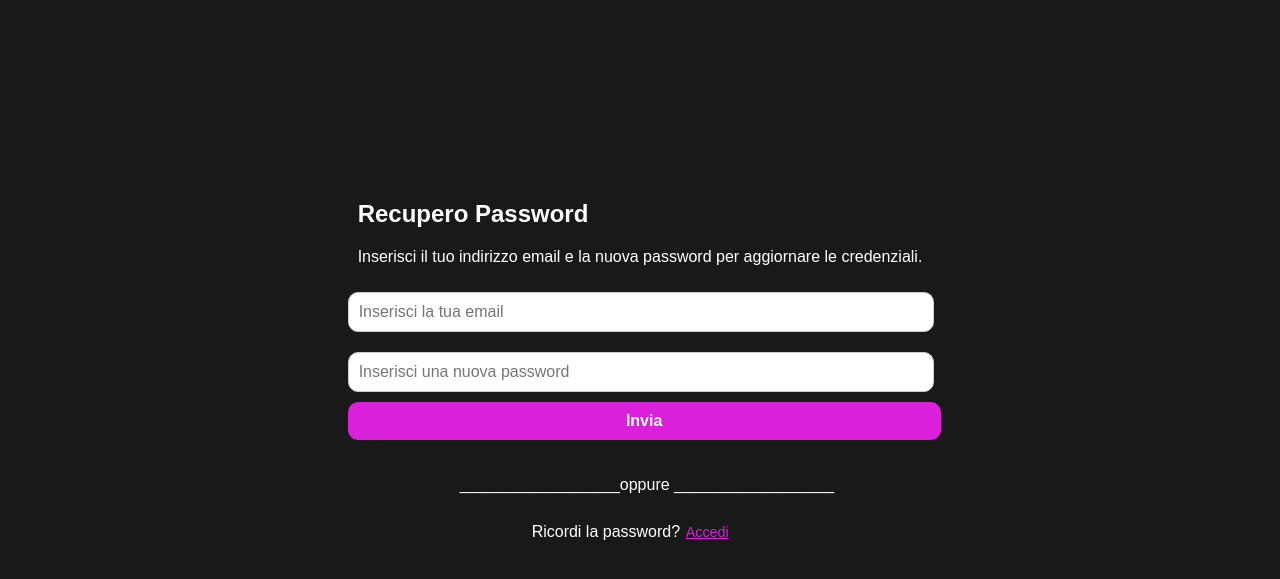
Repository: maxdl98/AppAuto
Page: http://localhost/RecuperoPassword
An editor plug-in stored every save of this project. The page is shown before and after the next save, followed by the edit.
The browser window is 1280 px wide. The pictures show the whole page.
The pointer rests on the first visible `.form a`.
The page is this project's Thymeleaf template; nobody is signed in. The template is opened directly, without the code that normally fills it, so the values that code supplies are empty.

Above is the page before, as saved 2025-01-13 08:32:54.

### AutoApp/src/main/resources/templates/RecuperoPassword.html
<!DOCTYPE html>
<html lang="en">

<head>
    <meta charset="UTF-8">
    <meta name="viewport" content="width=device-width, initial-scale=1.0">
    <title>Recupero Password</title>
    <style>
        /* Stile generale */
        body {
            background-color: rgba(0, 0, 0, 0.9);
            display: flex;
            justify-content: center;
            align-items: center;
            height: 100vh;
            margin: 0;
            font-family: Arial, sans-serif;
            color: white;
        }

        .form h2 {
            margin-bottom: 20px;
            color: white;
        }

        .form input[type="email"],
        .form input[type="password"] {
            width: 100%;
            padding: 10px;
            margin: 10px 0;
            border: 1px solid #ccc;
            border-radius: 10px;
            font-size: 1rem;
            position: relative;
            right: 10px;
        }

        .form button {
            width: 105%;
            padding: 10px;
            background-color: #da20da;
            border: none;
            border-radius: 10px;
            color: white;
            font-size: 1rem;
            font-weight: bold;
            cursor: pointer;
            position: relative;
            right: 10px;
        }

        .form button:hover {
            background-color: #e07fe0;
        }

        .form a {
            display: block;
            margin-top: 15px;
            text-decoration: none;
            font-size: 0.9rem;
            position: relative;
            left: 328px;
            color: #da20da;
        }

        .form a:hover {
            text-decoration: underline;
        }

        .oppure {
            position: relative;
            left: 102px;
            top: 20px;
        }

        .ricordi {
            position: relative;
            top: 33px;
            left: 174px;
        }
    </style>
</head>

<body>
    <div class="form">
        <h2>Recupero Password</h2>
        <p>Inserisci il tuo indirizzo email e la nuova password per aggiornare le credenziali.</p>
        <form id="passwordRecoveryForm">
            <!-- Aggiungi un attributo name non comune -->
            <input id="em" type="email" name="email_recovery" placeholder="Inserisci la tua email" autocomplete="off" required>
            <!-- Modifica l'autocomplete della password per evitare il riempimento automatico -->
            <input id="pass" type="password" name="password_recovery" placeholder="Inserisci una nuova password" autocomplete="new-password" required>
            <button type="submit">Invia</button>
        </form>
        <p class="oppure"> __________________oppure __________________ </p>
        <p class="ricordi"> Ricordi la password? </p>
        <a class="accedi" href="Login.html"> Accedi </a>
    </div>

    <script>
        document.addEventListener("DOMContentLoaded", function () {
            const emailInput = document.getElementById("em");
            const passwordInput = document.getElementById("pass");

            if (emailInput) emailInput.value = "";
            if (passwordInput) passwordInput.value = "";
        });

        // Gestisce il submit del form di recupero password
        document.getElementById("passwordRecoveryForm").addEventListener("submit", async (event) => {
            event.preventDefault(); // Evita il comportamento predefinito del form

            // Ottieni i valori tramite gli ID
            const emailInput = document.getElementById('em').value.trim();
            const passwordInput = document.getElementById('pass').value.trim();

            // Verifica se i campi sono vuoti
            if (!emailInput || !passwordInput) {
                alert("Tutti i campi sono obbligatori.");
                return;
            }

            try {
                // URL dell'API
                const url = 'http://localhost:8080/api/v1/pass';

                // Chiamata API
                const response = await fetch(url, {
                    method: 'PUT',
                    headers: {
                        'Content-Type': 'application/json',
                        'Accept': 'application/json'
                    },
                    body: JSON.stringify({ email: emailInput, password: passwordInput })
                });

                if (!response.ok) {
                    throw new Error(`Errore HTTP: ${response.status}`);
                }

                const result = await response.json();
                console.log('Risultato della risposta:', result);

                alert('Password aggiornata con successo!');
                window.location.href = 'Login.html';

            } catch (error) {
                console.error('Errore durante il fetch:', error);
                alert('Errore: ' + error.message);
            }
        });
    </script>
</body>

</html>

After the next save:
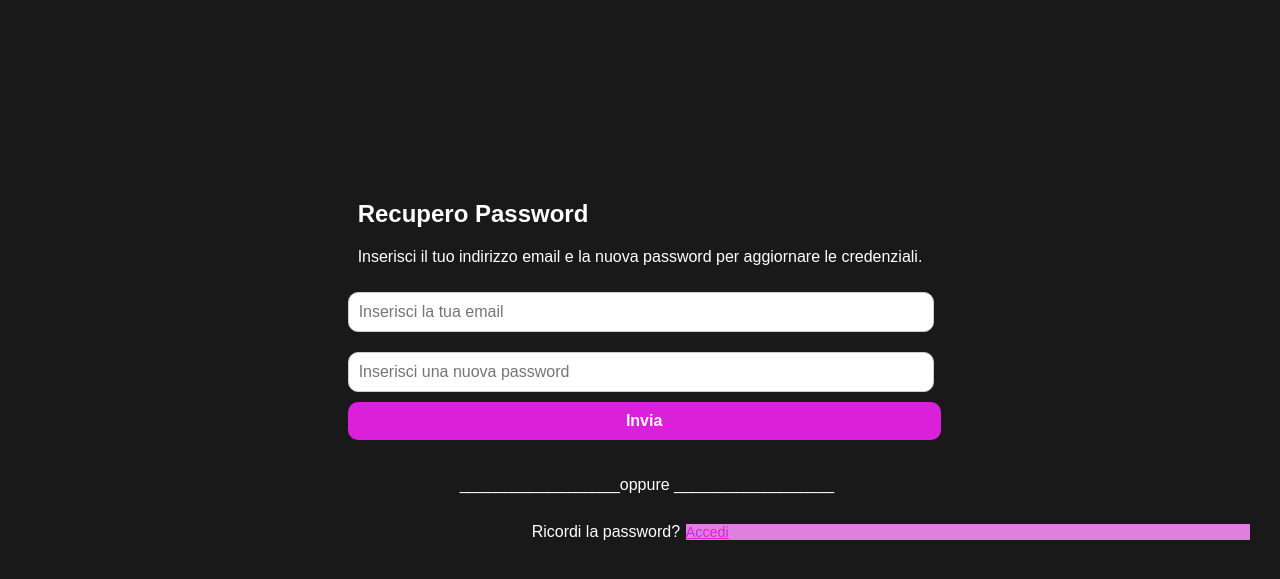
Saved 71 s later.
--- a/AutoApp/src/main/resources/templates/RecuperoPassword.html
+++ b/AutoApp/src/main/resources/templates/RecuperoPassword.html
@@ -65,6 +65,8 @@
 
         .form a:hover {
             text-decoration: underline;
+            background-color: #e07fe0;
+
         }
 
         .oppure {
